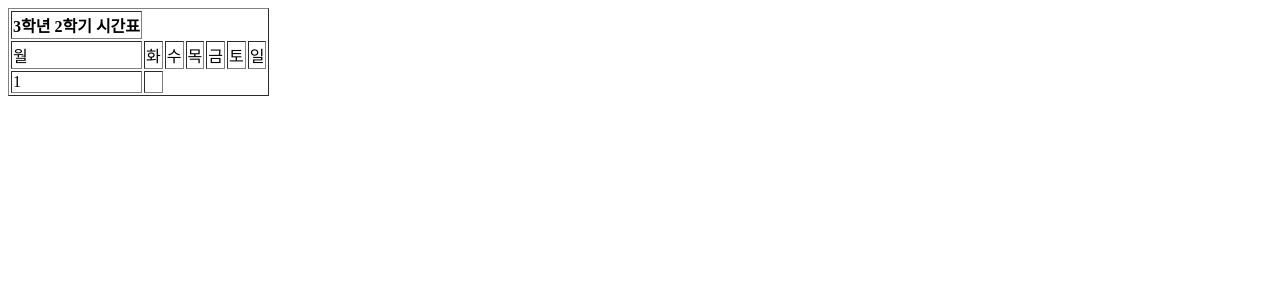
Repository: Cha-Ji/InternetProgramming
Page: week01/WebContent/hw04.html
The author's editor kept a copy of each file at every save. The page is drawn from the files as they stood at one save, then again after the next save.
The browser window is 1280 px wide. The pictures show the whole page.

Above is the page before, as saved 2020-09-06 13:01:08.

After the next save:
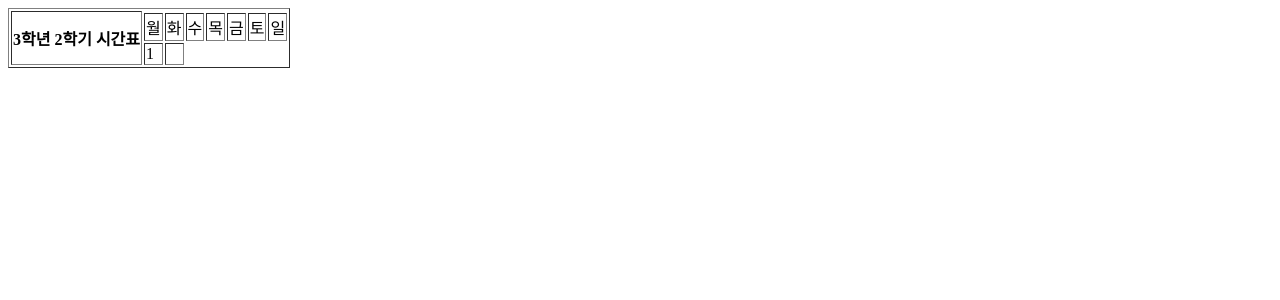
Saved 84 s later.
--- a/week01/WebContent/hw04.html
+++ b/week01/WebContent/hw04.html
@@ -6,7 +6,7 @@
 </head>
 <body>
 	<table border="1">
-	<th>3학년 2학기 시간표</th>
+	<th rowspan = "7">3학년 2학기 시간표</th>
 	<tr><!-- 첫번째 줄 시작 -->
 	    <td>월</td><td>화</td><td>수</td><td>목</td><td>금</td><td>토</td><td>일</td>
 	</tr><!-- 첫번째 줄 끝 -->
